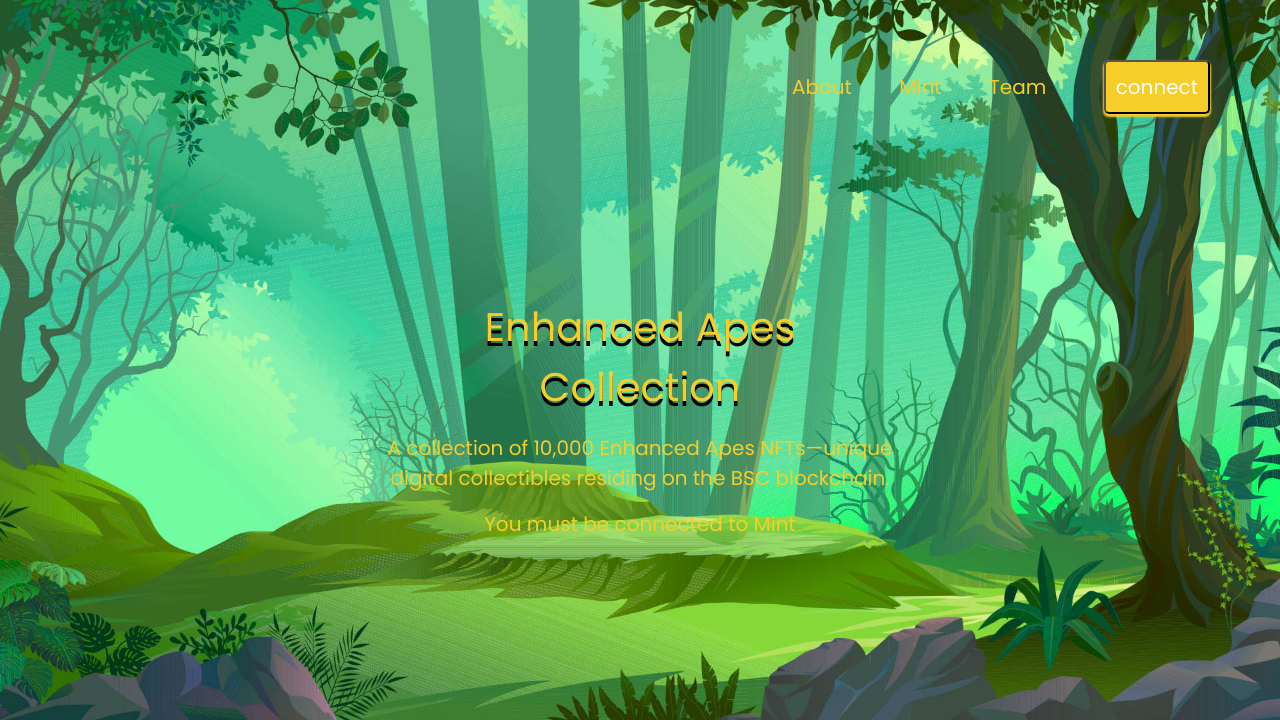
Repository: Stephegbenga/Minting-Dapp
Page: /
The author's editor kept a copy of each file at every save. The page is drawn from the files as they stood at one save, then again after a run of saves.
The browser window is 1280 px wide. The pictures show the whole page.
The project was rebuilt for these pictures with package versions that can differ from the ones it lists, and the page was loaded fresh each time.

Above is the page before, as saved 2022-04-08 07:58:27.

After the next 2 saves:
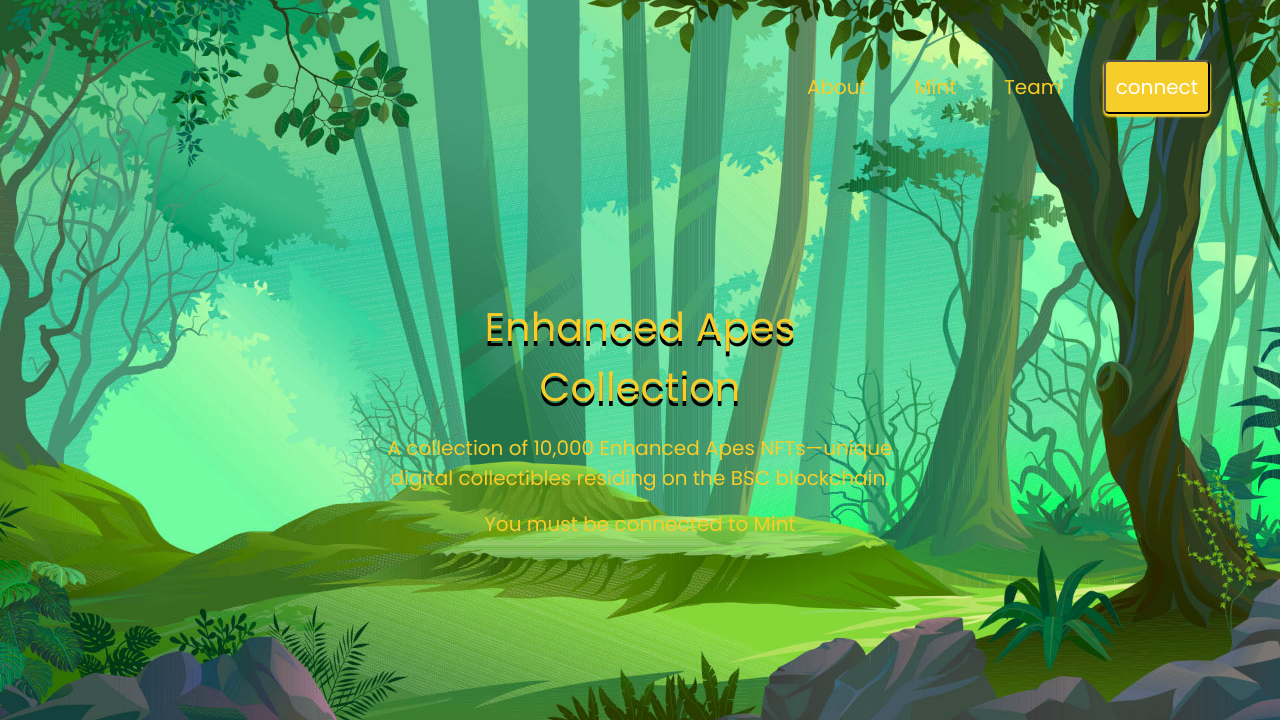
The 2 saves are shown as one change because 1 did not build or start.
The last was saved 4 min 30 s later.
--- a/src/NavBar.js
+++ b/src/NavBar.js
@@ -1,5 +1,5 @@
 import React from "react";
-import { Button, Flex, Spacer } from "@chakra-ui/react"
+import { Box, Button, Flex, Spacer } from "@chakra-ui/react"
 
 const Navbar = ({ accounts, setAccounts }) => {
     const isConnected = Boolean(accounts[0]);
@@ -28,11 +28,11 @@ const Navbar = ({ accounts, setAccounts }) => {
                 width="40%"
                 padding="30px"
             >
-            <box margin="0 15px">About</box>
+            <Box margin="0 15px">About</Box>
             <Spacer />
-            <box margin="0 15px">Mint</box>
+            <Box margin="0 15px">Mint</Box>
             <Spacer />
-            <box margin="0 15px">Team</box>
+            <Box margin="0 15px">Team</Box>
             <Spacer />
 
 
